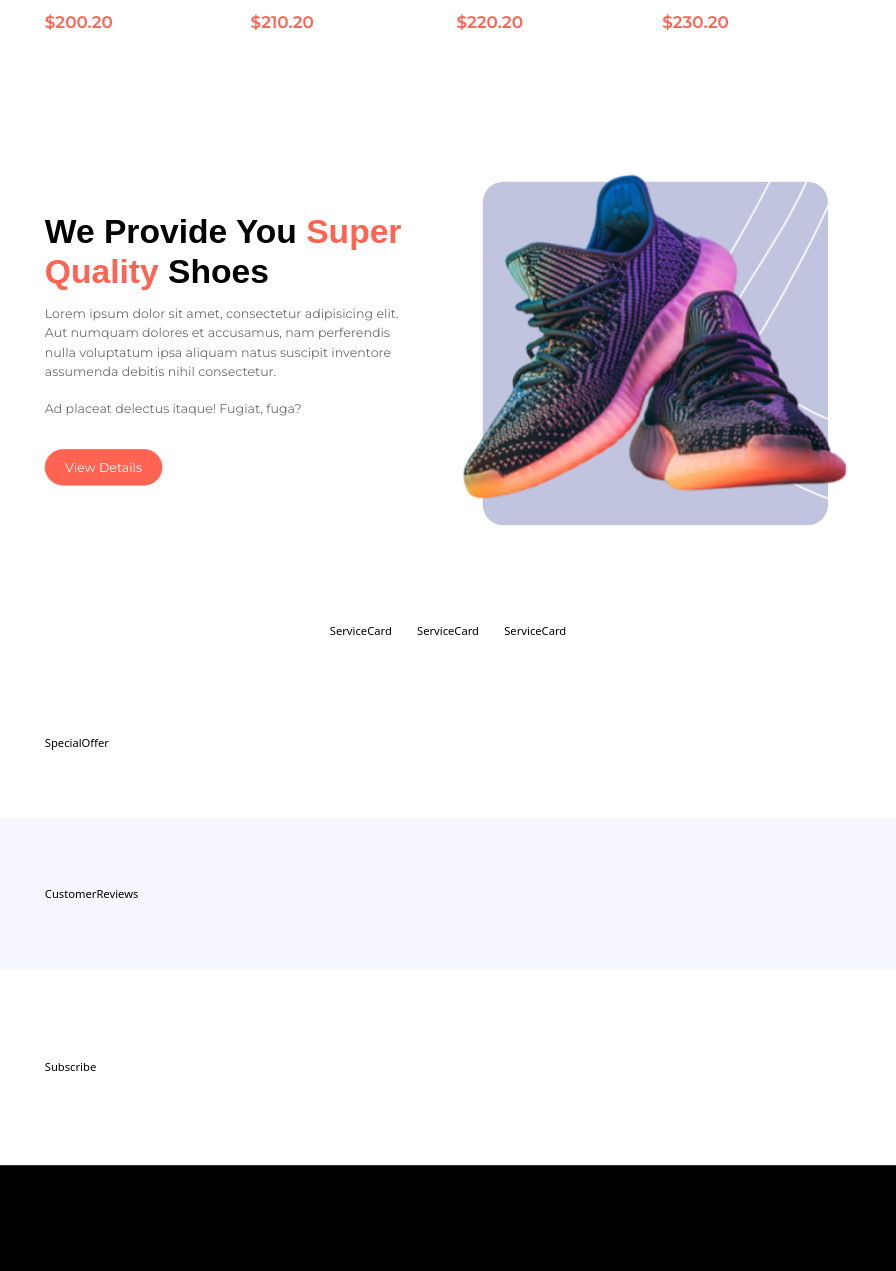
Repository: tynoschuck/nike-landpage
Page: /
The author's editor kept a copy of each file at every save. The page is drawn from the files as they stood at one save, then again after the next save.
The browser window is 1280 px wide. The pictures show the part of the page from y = 1492 to 3412 px (the page is 3308 px tall before and 3412 px after), at 70% of full size.
Some web fonts or font styles are not loaded; a fallback is used. The project was rebuilt for these pictures with package versions that can differ from the ones it lists, and the page was loaded fresh each time. Also part of the build but not shown: vite.config.js.

Above is the page before, as saved 2023-12-01 11:16:46.

### index.html
<!doctype html>
<html lang="en">
  <head>
    <meta charset="UTF-8" />
    <link rel="icon" type="image/svg+xml" href="favicon.ico?" />
    <meta name="viewport" content="width=device-width, initial-scale=1.0" />
    <title>Nike Site</title>
  </head>
  <body>
    <div id="root"></div>
    <script type="module" src="/src/main.jsx"></script>
  </body>
</html>

### src/App.jsx
import Nav from "./components/Nav";
import { Hero, PopularProducts, CustomerReviews, Footer, Services, SpecialOffer, Subscribe, SuperQuality } from "./sections";

const App = () => (
  <main className="relative">
    <Nav />
    <section className="xl:padding-l wide:padding-r padding-b">
      <Hero />
    </section>
    <section className="padding">
      <PopularProducts />
    </section>
    <section className="padding">
      <SuperQuality />
    </section>
    <section className="padding-x py-10">
      <Services />
    </section>
    <section className="padding">
      <SpecialOffer />
    </section>
    <section className="padding bg-pale-blue">
      <CustomerReviews />
    </section>
    <section className="padding-x sm:py-32 py-16 w-full">
      <Subscribe />
    </section>
    <section className="padding-x padding-t pb-8 bg-black">
      <Footer />
    </section>
  </main>
);

export default App;

### src/components/Nav.jsx
import { headerLogo } from '../assets/images';
import { hamburger } from '../assets/icons';
import { navLinks } from '../constants';

const Nav = () => {
  return (
    <header className='padding-x py-8 absolute z-10 w-full'>
      <nav className='flex justify-between items-center max-container'>
        <a href="/">
          <img
            src={headerLogo}
            alt="logo"
            width={130}
            height={29}
          />
        </a>
        <ul className='flex-1 flex justify-center items-center gap-16 max-lg:hidden'>
          {navLinks.map((item) => (
            <li key={item.label}>
              <a
                href={item.href}
                className="font-montserrat leading-normal text-lg text-slate-gray"
              >
                {item.label}
              </a>
            </li>
          ))}
        </ul>
        <div className='hidden max-lg:block'>
          <img
            src={hamburger}
            alt="Hamburger"
            width={25}
            height={25}
          />
        </div>
      </nav>
    </header>
  )
}

export default Nav

### src/sections/index.js
import Hero from "./Hero";
import PopularProducts from "./PopularProducts";
import Footer from "./Footer";
import CustomerReviews from "./CustomerReviews";
import Services from "./Services";
import SpecialOffer from "./SpecialOffer";
import Subscribe from "./Subscribe";
import SuperQuality from "./SuperQuality";

export {
  Hero,
  PopularProducts,
  Footer,
  CustomerReviews,
  Services,
  SpecialOffer,
  Subscribe,
  SuperQuality,
};

### src/assets/images/index.js
import bigShoe1 from './big-shoe1.png'
import bigShoe2 from './big-shoe2.png'
import bigShoe3 from './big-shoe3.png'

import customer1 from './customer1.jpeg'
import customer2 from './customer2.svg'

import footerLogo from './footer-logo.svg'
import headerLogo from './header-logo.svg'

import offer from './offer.svg'

import shoe4 from './shoe4.svg'
import shoe5 from './shoe5.svg'
import shoe6 from './shoe6.svg'
import shoe7 from './shoe7.svg'
import shoe8 from './shoe8.svg'

import thumbnailBackground from './thumbnail-background.svg'
import thumbnailShoe1 from './thumbnail-shoe1.svg'
import thumbnailShoe2 from './thumbnail-shoe2.svg'
import thumbnailShoe3 from './thumbnail-shoe3.svg'

export {
    bigShoe1,
    bigShoe2,
    bigShoe3,

    customer1,
    customer2,

    footerLogo,
    headerLogo,

    offer,
    shoe4,
    shoe5,
    shoe6,
    shoe7,
    shoe8,

    thumbnailBackground,
    thumbnailShoe1,
    thumbnailShoe2,
    thumbnailShoe3
}

### src/assets/icons/index.js
import arrowRight from './arrow-right.svg'
import chevronLeft from './chevron-left.svg'
import cheveronRight from './chevron-right.svg'
import copyrightSign from './copyright-sign.svg'
import facebook from './facebook.svg'
import hamburger from './hamburger.svg'
import instagram from './instagram.svg'
import support from './support.svg'
import shieldTick from './shield-tick.svg'
import star from './star.svg'
import truckFast from './truck-fast.svg'
import twitter from './twitter.svg'

export {
    arrowRight,
    cheveronRight,
    chevronLeft,
    copyrightSign,
    facebook,
    hamburger,
    instagram,
    support,
    shieldTick,
    star,
    truckFast,
    twitter
}

### src/constants/index.js
import { facebook, instagram, shieldTick, support, truckFast, twitter } from "../assets/icons";
import { bigShoe1, bigShoe2, bigShoe3, customer1, customer2, shoe4, shoe5, shoe6, shoe7, thumbnailShoe1, thumbnailShoe2, thumbnailShoe3 } from "../assets/images";

export const navLinks = [
    { href: "#home", label: "Home" },
    { href: "#about-us", label: "About Us" },
    { href: "#products", label: "Products" },
    { href: "#contact-us", label: "Contact Us" },
];

export const shoes = [
    {
        thumbnail: thumbnailShoe1,
        bigShoe: bigShoe1,
    },
    {
        thumbnail: thumbnailShoe2,
        bigShoe: bigShoe2,
    },
    {
        thumbnail: thumbnailShoe3,
        bigShoe: bigShoe3,
    },
];

export const statistics = [
    { value: '1k+', label: 'Brands' },
    { value: '500+', label: 'Shops' },
    { value: '250k+', label: 'Customers' },
];

export const products = [
    {
        imgURL: shoe4,
        name: "Nike Air Jordan-01",
        price: "$200.20",
        rating: "(4.2)",
    },
    {
        imgURL: shoe5,
        name: "Nike Air Jordan-10",
        price: "$210.20",
        rating: "(4.8)",
    },
    {
        imgURL: shoe6,
        name: "Nike Air Jordan-100",
        price: "$220.20",
        rating: "(4.5)",
    },
    {
        imgURL: shoe7,
        name: "Nike Air Jordan-001",
        price: "$230.20",
        rating: "(4.2)",
    },
];

export const services = [
    {
        imgURL: truckFast,
        label: "Free shipping",
        subtext: "Enjoy seamless shopping with our complimentary shipping service."
    },
    {
        imgURL: shieldTick,
        label: "Secure Payment",
        subtext: "Experience worry-free transactions with our secure payment options."
    },
    {
        imgURL: support,
        label: "Love to help you",
        subtext: "Our dedicated team is here to assist you every step of the way."
    },
];

export const reviews = [
    {
        imgURL: customer1,
        customerName: 'Morich Brown',
        rating: 4.5,
        feedback: "The attention to detail and the quality of the product exceeded my expectations. Highly recommended!"
    },
    {
        imgURL: customer2,
        customerName: 'Lota Mongeskar',
        rating: 4.5,
        feedback: "The product not only met but exceeded my expectations. I'll definitely be a returning customer!"
    }
];


export const footerLinks = [
    {
        title: "Products",
        links: [
            { name: "Air Force 1", link: "/" },
            { name: "Air Max 1", link: "/" },
            { name: "Air Jordan 1", link: "/" },
            { name: "Air Force 2", link: "/" },
            { name: "Nike Waffle Racer", link: "/" },
            { name: "Nike Cortez", link: "/" },
        ],
    },
    {
        title: "Help",
        links: [
            { name: "About us", link: "/" },
            { name: "FAQs", link: "/" },
            { name: "How it works", link: "/" },
            { name: "Privacy policy", link: "/" },
            { name: "Payment policy", link: "/" },
        ],
    },
    {
        title: "Get in touch",
        links: [
            { name: "customer@nike.com", link: "mailto:customer@nike.com" },
            { name: "+92554862354", link: "tel:+92554862354" },
        ],
    },
];

export const socialMedia = [
    { src: facebook, alt: "facebook logo" },
    { src: twitter, alt: "twitter logo" },
    { src: instagram, alt: "instagram logo" },
];

### src/sections/Hero.jsx
import { useState } from "react";
import { arrowRight } from "../assets/icons";
import Button from "../components/Button";
import { shoes, statistics } from "../constants";
import { bigShoe1 } from "../assets/images";
import Shoecard from "../components/Shoecard";

const Hero = () => {

  const [bigShoeImg, setBigShoeImg] = useState(bigShoe1)

  return (
    <section
      id="home"
      className="w-full flex xl:flex-row flex-col justify-center min-h-screen gap-10 max-container">
        <div className="relative xl:w-2/5 flex flex-col justify-center items-start w-full max-xl:padding-x pt-28">
          <p className="text-xl font-montserrat text-coral-red">Our Summer Collection</p>
          <h1 className="mt-10 font-palanquin text-8xl max-sm:text-[72px] max-sm:leading-[82px] font-bold">
            <span className="xl:bg-white xl:whitespace-nowrap relative z-10 pr-10">The New Arrival</span>
            <br />
            <span className="text-coral-red inline-block mt-3">Nike</span> Shoes
          </h1>
          <p className="font-montserrat text-slate-gray text-lg leading-8 mt-6 mb-14 sm:max-w-sm"> Discover the new arrivals</p>
          <Button label='Shop now' iconUrl={arrowRight}/>
          <div className="flex justify-start items-start flex-wrap w-full mt-20 gap-16">
            {statistics.map((stat) => (
              <div key={stat.label}>
                <p className="text-4xl font-palanquin font-bold">
                  {stat.value}
                </p>
                <p className="leading-7 font-montserrat text-slate-gray">
                  {stat.label}
                </p>
              </div>
            ))}
          </div>
        </div>
        <div className="relative flex-1 flex justify-center items-center xl:min-h-screen max-xl:py-40 bg-primary bg-hero bg-cover bg-center">
          <img
            src={bigShoeImg}
            alt="shoe collection"
            width={610}
            height={500}
            className="object-contain relative z-10"
          />
          <div className="flex sm:gap-6 gap-4 absolute -bottom-[5%] sm:left-[10%] max-sm:px-6">
            {shoes.map((shoe,) => (
              <div key={shoe}>
                <Shoecard
                  imgURL={shoe}
                  changeBigShoeImage={(shoe) => setBigShoeImg (shoe)}
                  bigShoeImg={bigShoeImg}
                />
              </div>
            ))}
          </div>

        </div>
      </section>
  )
}

export default Hero

### src/sections/PopularProducts.jsx
import PopularProductCard from "../components/PopularProductCard"
import { products } from "../constants"

const PopularProducts = () => {
  return (
    <section
      id="products"
      className="max-container max-sm:mt-12"
    >
      <div className="flex flex-col justify-start gap-5">
        <h2 className="text-4xl font-palanquin font-bold">Lorem <span className="text-coral-red
        ">ipsum</span> dolor sit amet </h2>
        <p className="lg:max-w-lg mt-2 font-montserrat">Deleniti aliquid, dolorum quod velit possimus quibusdam sed sit voluptatum hic minima. </p>
      </div>
      <div className="mt-16 grid lg:grid-cols-4 md:grid-cols-3 sm:grid-cols-2 grid-cols-1 sm:gap-6 gap-14">
        {products.map((product) =>(
          <PopularProductCard
            key={product.name}
            {...product}
          />
        ))}
      </div>
    </section>
  )
}

export default PopularProducts

### src/sections/Services.jsx
import ServiceCard from "../components/ServiceCard"
import { services } from "../constants"

const Services = () => {
  return (
    <section className="max-container flex justify-center flex-wrap gap-9">
      {services.map((service) => (
        <ServiceCard
        key={service.label}
        {...service} />
      ))}
    </section>
  )
}

export default Services

### src/sections/SuperQuality.jsx
import Button from "../components/Button"
import { shoe8 } from "../assets/images"

const SuperQuality = () => {
  return (
    <section
      id="about-us"
      className="flex justify-between items-center max-lg:flex-col gap-10 w-full max-container"
    >
      <div className="flex flex-1 flex-col">
        <h2 className="font-palanquin text-4xl capitalize font-bold lg:max-w-lg">
          We Provide You <span className="text-coral-red">Super</span> <span className="text-coral-red">Quality</span> Shoes

        </h2>
        <p className="mt-4 lg:max-w-lg info-text">Lorem ipsum dolor sit amet, consectetur adipisicing elit. Aut numquam dolores et accusamus, nam perferendis nulla voluptatum ipsa aliquam natus suscipit inventore assumenda debitis nihil consectetur.</p>
        <p className="mt-6 lg:max-w-lg info-text">Ad placeat delectus itaque! Fugiat, fuga?</p>
        <div className="mt-11">
          <Button label='View Details' /></div>
        </div>
        <div className="flex-1 flex justify-center items-center">
          <img
            src={shoe8}
            alt="shoe8"
            width={570}
            height={522}
            className="object-contain"
          />
        </div>
    </section>
  )
}

export default SuperQuality

### src/components/Button.jsx
const Button = ({ label, iconUrl}) => {
  return (
    <button className="flex justify-center items-center gap-2 px-7 py-4 border font-montserrat text-lg leading-none bg-coral-red rounded-full text-white border-coral-red">
      {label}
      {iconUrl && <img
        src={iconUrl}
        alt="arrow right icon"
        className="ml-2 rounded-full w-5 h-5"
      />}
    </button>
  )
}

export default Button

### src/components/Shoecard.jsx
const Shoecard = ({ imgURL, changeBigShoeImage, bigShoeImg }) => {

  const handleClick =() => {
    if(bigShoeImg !== imgURL.bigShoe) {
      changeBigShoeImage(imgURL.bigShoe)
    }
  }

  return (
    <div
      className={`border-2 rounded-xl ${bigShoeImg === imgURL.bigShoe ? 'border-coral-red' : 'border-transparent'} cursor-pointer max-sm:flex-1`}
      onClick={handleClick}
    >
      <div className="flex justify-center items-center bg-card bg-center bg-cover sm:w-40 sm:h-40 rounded-xl max-sm:p-4">
        <img
          src={imgURL.thumbnail}
          alt='shoe collection'
          width={127}
          height={103}
          className="object-contain"
        />
      </div>
    </div>
  )
}

export default Shoecard

### src/components/PopularProductCard.jsx
import { star } from "../assets/icons"

const PopularProductCard = ({ imgURL, name, price, rating }) => {
  return (
    <div className="flex flex-1 flex-col w-full max-sm:w-full">
      <img src={imgURL} alt={name} height={280} width={280} />
      <div className="mt-8 flex justify-start gap-2.5">
        <img src={star} alt="rating" height={24} width={24} />
        <p className="font-montserrat text-xl leading-normal text-slate-gray">{rating}</p>
      </div>
      <h3 className="mt-2 text-2xl leading-normal font-semibold font-palanquin">{name}</h3>
      <p className="mt-2 font-semibold font-montserrat text-coral-red text-2xl leading-normal">{price}</p>
    </div>
  )
}

export default PopularProductCard

### src/components/ServiceCard.jsx
const ServiceCard = ({ imgURL, label, subtext }) => {
  return (
    <div>ServiceCard</div>
  )
}

export default ServiceCard

Loaded but not shown: src/main.jsx (common file); src/index.css (common file); src/sections/Footer.jsx (common file); src/sections/CustomerReviews.jsx (common file); src/sections/SpecialOffer.jsx (common file); src/sections/Subscribe.jsx (common file); tailwind.config.js (common file)

After the next save:
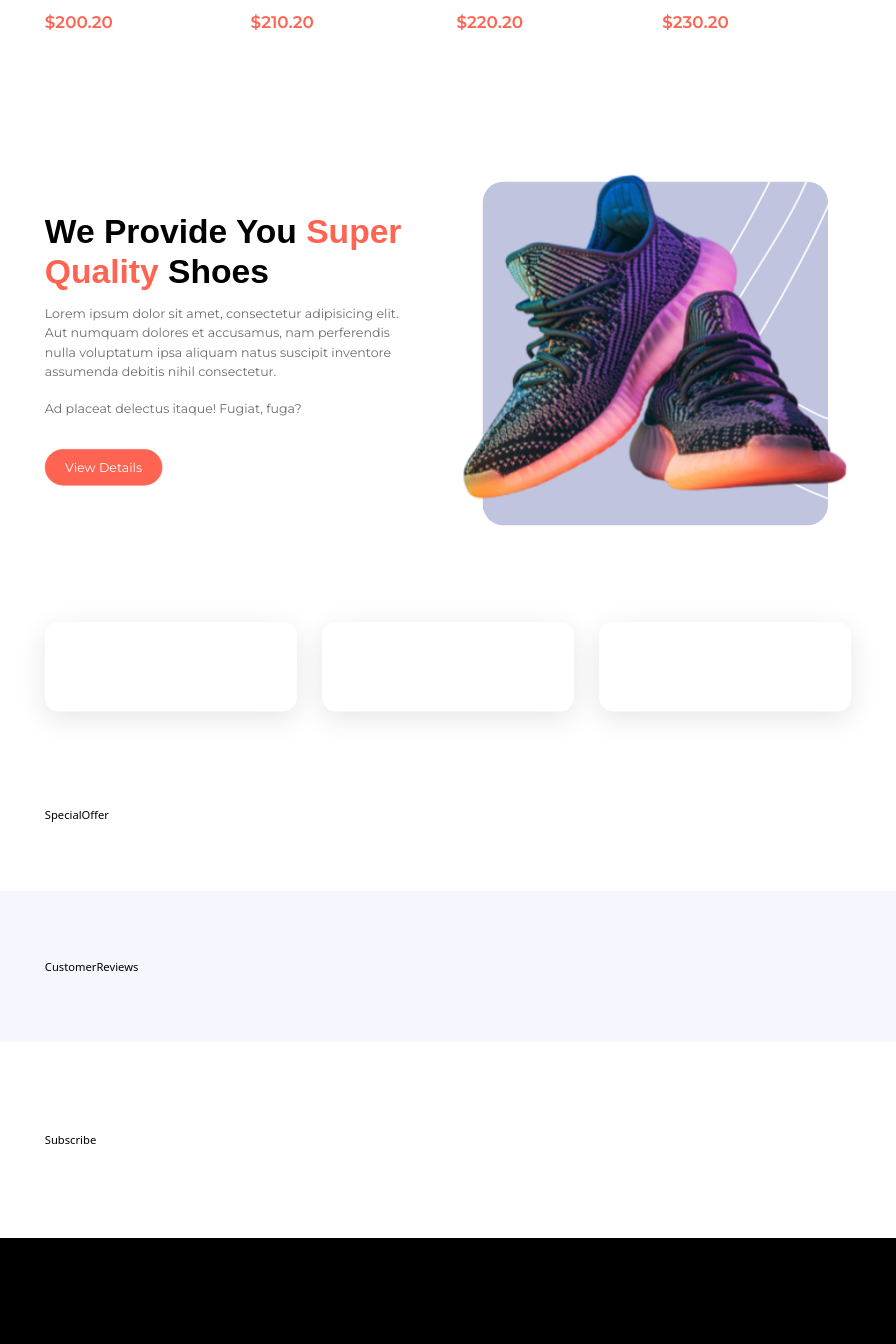
Saved 19 min 12 s later.
--- a/src/components/ServiceCard.jsx
+++ b/src/components/ServiceCard.jsx
@@ -1,6 +1,8 @@
 const ServiceCard = ({ imgURL, label, subtext }) => {
   return (
-    <div>ServiceCard</div>
+    <div className="flex-1 sm:w-[350px] sm:min-w-[350px] w-full rounded-[20px] shadow-3xl px-10 py-16">
+
+    </div>
   )
 }
 
